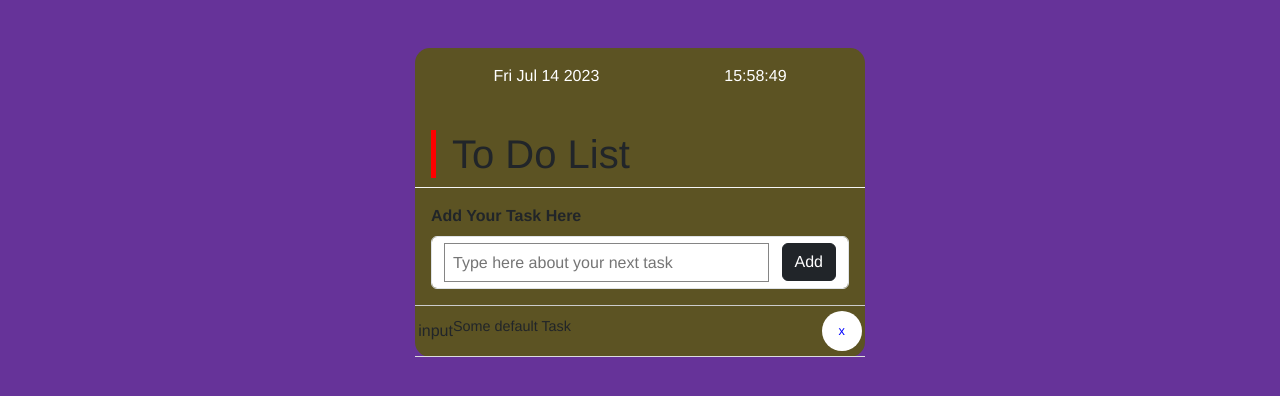
Repository: Passionblaz/TODO
Page: TODO/Untitled-1.html
The author's editor kept a copy of each file at every save. The page is drawn from the files as they stood at one save, then again after a run of saves.
The browser window is 1280 px wide. The pictures show the whole page.

Above is the page before, as saved 2023-07-14 16:24:39.

### TODO/Untitled-1.html
<!DOCTYPE html>
<html lang="en">
<head>
  <meta charset="UTF-8">
  <meta name="viewport" content="width=device-width, initial-scale=1.0">
  <title>Document</title>
  <link href="https://cdn.jsdelivr.net/npm/bootstrap@5.3.0/dist/css/bootstrap.min.css" rel="stylesheet" integrity="sha384-9ndCyUaIbzAi2FUVXJi0CjmCapSmO7SnpJef0486qhLnuZ2cdeRhO02iuK6FUUVM" crossorigin="anonymous">
  <!-- Bootstrap Bundle JS (jsDelivr CDN) -->
  <script defer src="https://cdn.jsdelivr.net/npm/bootstrap@5.3.0/dist/js/bootstrap.bundle.min.js" integrity="sha384-geWF76RCwLtnZ8qwWowPQNguL3RmwHVBC9FhGdlKrxdiJJigb/j/68SIy3Te4Bkz" crossorigin="anonymous"></script>
  <link rel="stylesheet" href="todostyles.css">
  <script src="main.js" defer></script>
</head>
<body onload="time()">
<div class="todo-container">
  <div class="date-hour">
    <p id="date">Date</p>
    <p id="hour">Hour</p>
  </div>

<header>
  <h1>To Do List</h1>
</header>
<!-- Add Tasks -->

<form action="" id="todo-form">
  <p>Add Your Task Here</p>
<div class="form-control">

<input type="text" id="todo-input" placeholder="Type here about your next task">
<div class="button">
  <button type="submit" class="btn btn-dark">Add</button>
 </div>
</div>
</form>
    <!--Complete-->

    <!-- Edit The Tasks

<form action="" id="edit-form" class="hide">
  <p>Edit Your Task</p>
<div class="form-control">
<input type="text" id="edit-input" placeholder="Type here about your next task">
<div class="button2">
  <button type="button" class="btn btn-dark">Add</button>
 </div>
</div>
<button type="button" id="cancel-edit-btn">All</button>
<button type="button" id="active-task-btn">Active</button>
<button type="button" id="completed-task-btn">Completed</button>
</form>
    -->
    <!-- I need it?-->

    <!-- Task List-->

<div class="todo-list" id="todo-list">
  <div class="todo">
    input
    <h3>Some default Task</h3>
    <!-- Extra buttons
    <button class="finished-todo">
      <i class="fa-solid fa-check"></i>
    </button>
    <button class="edit-todo">
      <i class="fa-solid fa-pen"></i>
    </button>
    -->
    <button class="remove-todo">
      x
    </button>
  </div>
</div>
</div>



</body>
</html>

### TODO/todostyles.css
*{
  padding: 0;
  margin: 0;
  box-sizing: border-box;
}
body{
  font-family: 'Franklin Gothic Medium', 'Arial Narrow', Arial, sans-serif;
  background: rebeccapurple;

}
.form-control {
  display: flex;
}
.form-control input {
  flex: 1;
  outline: 0;
box-shadow: none;
border: 1px solid #858585;
}
.form-control button:hover {
  background-color: green;
}
.date-hour {
  display: flex;
  justify-content: space-around;
  align-items:center;
  padding: 1rem 1rem 1.5rem 1rem;
  font-size: 16px;
  color: white;
}
button {
  background-color: darkorange;
  color: blue;
  border: 2px solid red;
  padding: 0.2rem 0.4rem;
  font-size: .8rem;
  cursor: pointer;
  justify-content: center;
  align-items: center;
  transition: .4s;
  border: 1px solid orange;
}
button:hover {
  background-color: orangered;
  color: white;
}
button > i {
  font-weight: bold;
  pointer-events: none;
}
input {
  padding: .4rem .5rem;
}
.hide {
  display: none;
}
.todo-container {
  background-color: #5c5323;
  border-radius: 15px;
  width: 450px;
  margin: 3rem auto;
  padding: 1.5.rem;
}
.todo-container header {
  padding: 0.1rem 1rem;
border-bottom: 1px solid whitesmoke;
}
header >h1 {
  padding-left: 16px;
  border-left: 5px solid red;
}

#todo-form, #edit-form {
  padding: 1rem;
  border-bottom: 1px solid #ccc;
}
#todo-form > p, #edit-form > p {
  margin-bottom: .5rem;
  font-weight: bold;
}
.form-control >input {
  margin-right: .8rem;
}
#cancel-edit-btn {
  margin-top: 1rem;
}
#active-edit-btn {
  margin-top: 1rem;
}
#completed-edit-btn {
  margin-top: 1rem;
}
.todo {
  display: flex;
  justify-content: space-around;
  align-items: center;
  padding: 0.3rem 0.2rem;
  border-bottom: 1px solid #ddd;
transition: .3s;
}
.todo h3 {
  flex: 1;
  font-size: 0.9rem;
}
.todo button {
  margin-left: 0.4rem;
  border-radius: 50%;
  width: 40px;
  height: 40px;
  border: none;
  background-color: white;
}
.done h3 {
  color: white;
  text-decoration: line-through;
  font-style: italic;
}
.todo button:hover, .done button {
background-color: #0068cf;
color: #ecf0f1
}
.done > button:hover {
  background-color: #ecf0f1;
  color: #395169;
}
.todo-list{
  max-height: 220px;
  overflow: auto;
}

### TODO/main.js
const data = new Date ()

const todoForm = document.querySelector("#todo-form")
const todoInput = document.querySelector("#todo-input")
const todoList = document.querySelector("#todo-list")
const editForm = document.querySelector("#edit-form")
const editInput = document.querySelector("#edit-input")
const cancelEdition = document.querySelector("#cancel-edit-btn")
  //Time
const timeElapsed = Date.now();
const today = new Date(timeElapsed);
document.getElementById("date").innerHTML = today.toDateString();
//Time Settings
function time() {
  const data = new Date ();
  let h = data.getHours();
  let m = data.getMinutes();
  let s = data.getSeconds();

  if(h < 10)
    h = "0"+h;
  if (m < 10)
    m = "0" + m;
  if(s < 10)
    s = "0"+s;

    document.getElementById("hour").innerHTML = h +":" + m + ":" + s;
    setTimeout('time()', 500);
}
todoForm.addEventListener("submit", (e) => {
  e.preventDefault();
  const inputValue = todoInput.value;
  if(inputValue)
    saveTodo(inputValue); //Save Function
})
const saveTodo = (text) => {
  const todo = document.createElement("div");
  todo.classList.add("todo");

  const todoTitle = document.createElement("h3");
  todoTitle.innerText = text;
  todo.appendChild(todoTitle);

  const doneBtn = document.createElement("button");
  doneBtn.classList.add("finish-todo");
  //doneBtn.innerHTML = 'i class="fa-solid fa-check"></i>';
  todo.appendChild(doneBtn);

  const editBtn = document.createElement("button");
  editBtn.classList.add("edit-todo");
  editBtn.innerHTML = 'i class="fa-solid fa-check"></i>';
  todo.appendChild(doneBtn);

  const removeBtn = document.createElement("button");
  removeBtn.classList.add("remove-todo");
  removeBtn.innerHTML = 'i class="fa-solid fa-check"></i>';
  todo.appendChild(doneBtn);

  todoList.appendChild(todo);
  todoInput.value = "";
  todoInput.focus();
}
document.addEventListener("click", (e) => {
  const targetEl = e.target;
  const parentEl = target.closes("div");
  let todoTitle;

  if(parentEl && parentEl.querySelector("h3"))
    todoTitle = parentEl.querySelector("h3").innerText;

    if(parentEl.classList.contains("remove-todo"))
      parentEl.classList.remove();
})

After the next 2 saves:
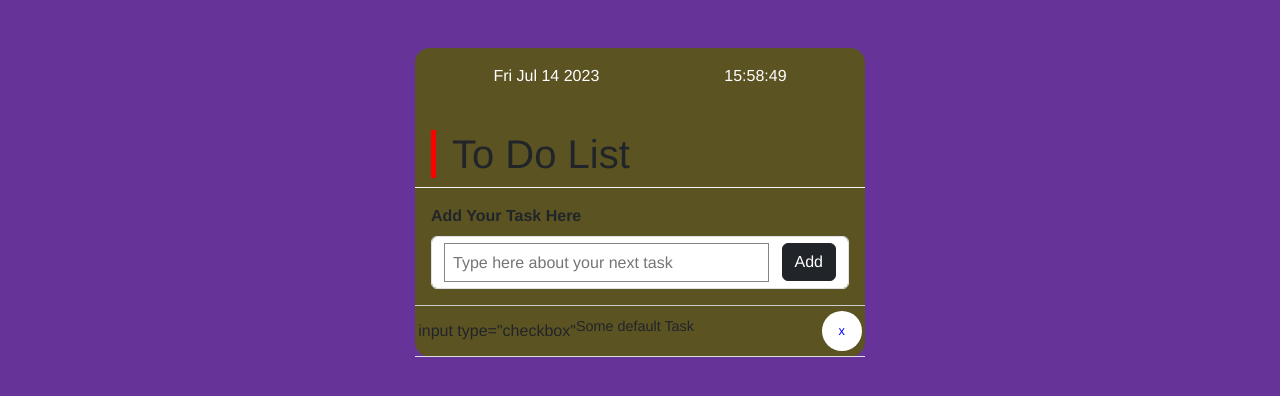
The 2 saves are shown as one change because they came seconds apart.
The last was saved 77 s later.
--- a/TODO/Untitled-1.html
+++ b/TODO/Untitled-1.html
@@ -55,7 +55,7 @@
 
 <div class="todo-list" id="todo-list">
   <div class="todo">
-    input
+    input type="checkbox"
     <h3>Some default Task</h3>
     <!-- Extra buttons
     <button class="finished-todo">
